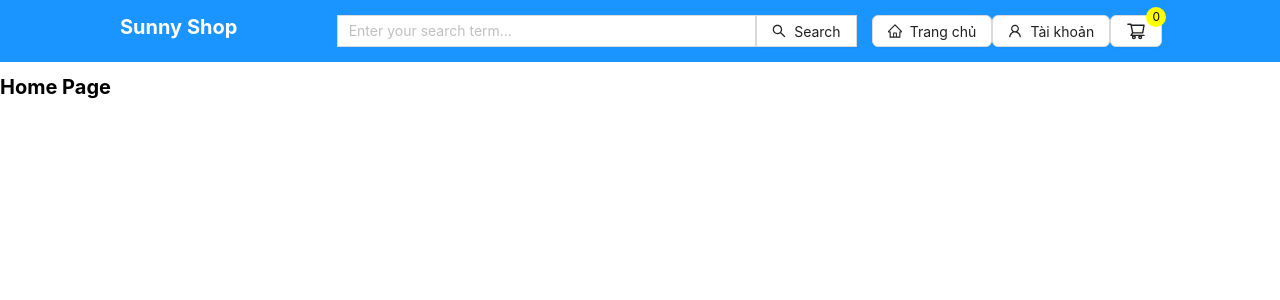
Repository: manhhieu120499/E-Commerce
Page: /
These files come from the project's save history. The page is drawn as it stood at one moment and after the next save; the edit follows.
The browser window is 1280 px wide. The pictures show the whole page.
The project was rebuilt for these pictures with package versions that can differ from the ones it lists, and the page was loaded fresh each time. Also part of the build but not shown: src/pages/product/Product.js, src/pages/order/Order.js, src/pages/notFound/NotFound.js, src/layouts/NormalLayout/NormalLayout.js.

Above is the page before, as saved 2025-01-01 12:51:51.

After the next save:
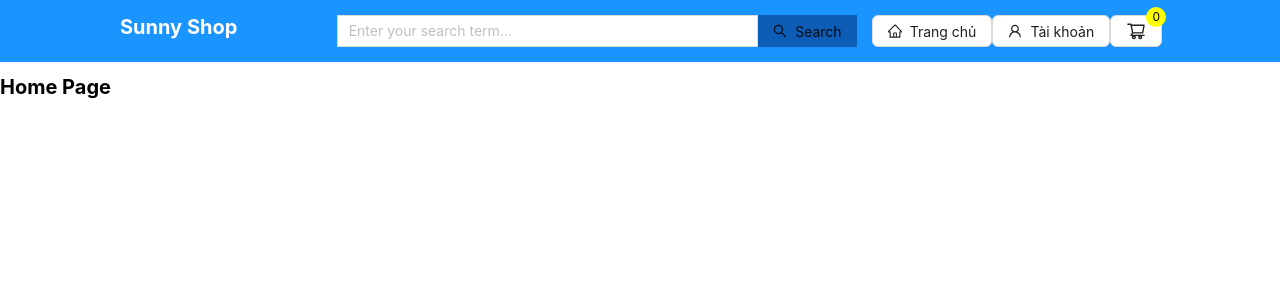
Saved 51 s later.
--- a/src/components/ButtonInputSearch/ButtonInputSearch.js
+++ b/src/components/ButtonInputSearch/ButtonInputSearch.js
@@ -17,14 +17,16 @@ function ButtonInputSearch({
         style={{ borderRadius: 0 }}
         onChange={onChange}
         variant="outlined"
-        styles={{ backgroundColor: "#fff" }}
       />
       <Button
         size={size}
         icon={<Icon />}
-        style={{ borderRadius: 0 }}
+        style={{
+          borderRadius: 0,
+          backgroundColor: backgroundColor,
+          border: "none",
+        }}
         onClick={onClick}
-        styles={{ border: "none", backgroundColor: backgroundColor }}
       >
         {textButton}
       </Button>
